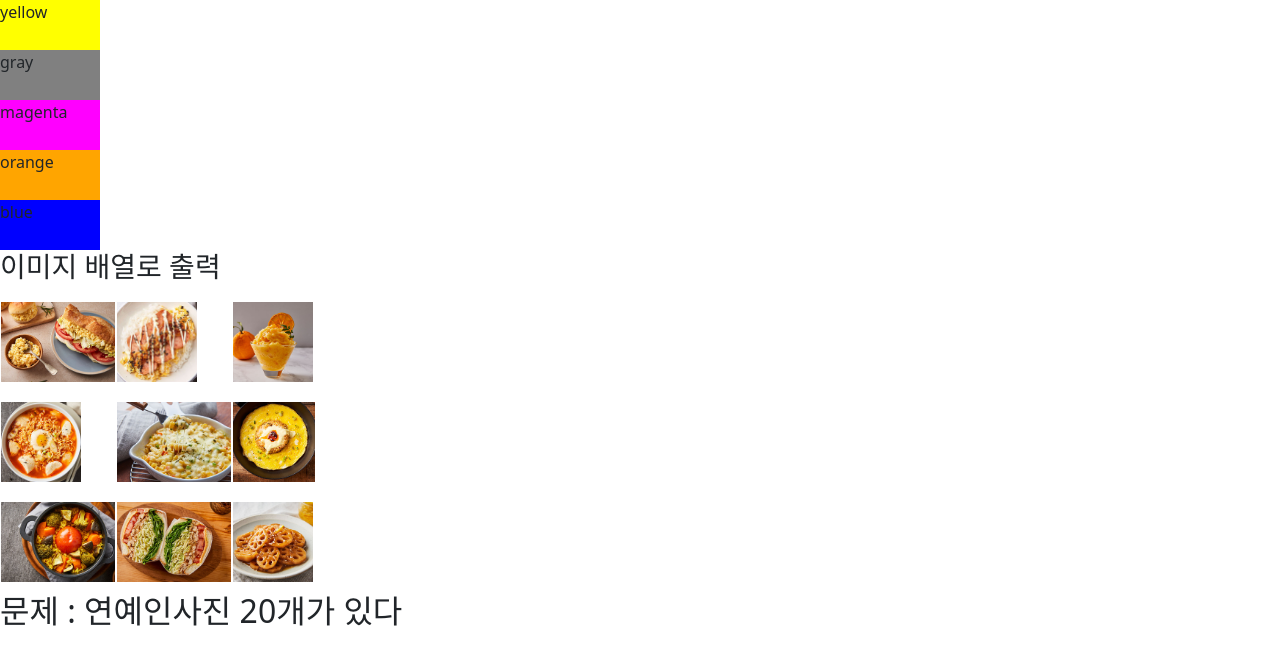
Repository: GANADAG/jspProject
Page: http://localhost/JspProject/day0228/list_05.jsp
The author's editor kept a copy of each file at every save. The page is drawn from the files as they stood at one save, then again after the next save.
The browser window is 1280 px wide. The pictures show the whole page.
Some web fonts or font styles are not loaded; a fallback is used. The page is served by Tomcat 9. Other server files are loaded and not shown.

Above is the page before, as saved 2024-02-28 02:28:59.

### JspProject/src/main/webapp/day0228/list_05.jsp
<%@page import="java.util.ArrayList"%>
<%@page import="java.util.List"%>
<%@ page language="java" contentType="text/html; charset=UTF-8"
	pageEncoding="UTF-8"%>
<!DOCTYPE html>
<html>
<head>
<meta charset="UTF-8">
<link
	href="https://cdn.jsdelivr.net/npm/bootstrap@5.3.2/dist/css/bootstrap.min.css"
	rel="stylesheet">
<link
	href="https://fonts.googleapis.com/css2?family=Diphylleia&family=Dongle&family=Noto+Sans+KR:wght@100..900&family=Orbit&family=Stylish&display=swap"
	rel="stylesheet">
<script src="https://code.jquery.com/jquery-3.7.0.js"></script>

<title>Insert title here</title>
</head>
<body>
	<%
		List<String> list=new ArrayList();
		list.add("yellow");
		list.add("gray");
		list.add("magenta");
		list.add("orange");
		list.add("blue");

		for(String a:list){%>
	<div style="width: 100px;height:50px;background-color:<%=a%>"><%=a %></div>
	<%}

	%>

	<h3>이미지 배열로 출력</h3>

	<%

	String[]imgArr={"1.jpg","10.jpg","11.jpg","12.jpg","5.jpg","6.jpg","7.jpg","8.jpg","9.jpg"};
	int n=0;
	%>



	<table>
		<%
			for(int i=0;i<3;i++)
			{%>
				<tr height="100">
			<%
				for(int j=0;j<3;j++)
					{%>

					<td>
						<img alt="" src="../image/Food/<%=imgArr[n]%>" wigth="80" height="80">
					</td>

					<%
					n++;
					}
					%>
				</tr>
			<%}
		%>
	</table>

	<h2>문제 : 연예인사진 20개가 있다
</body>
</html>

After the next save:
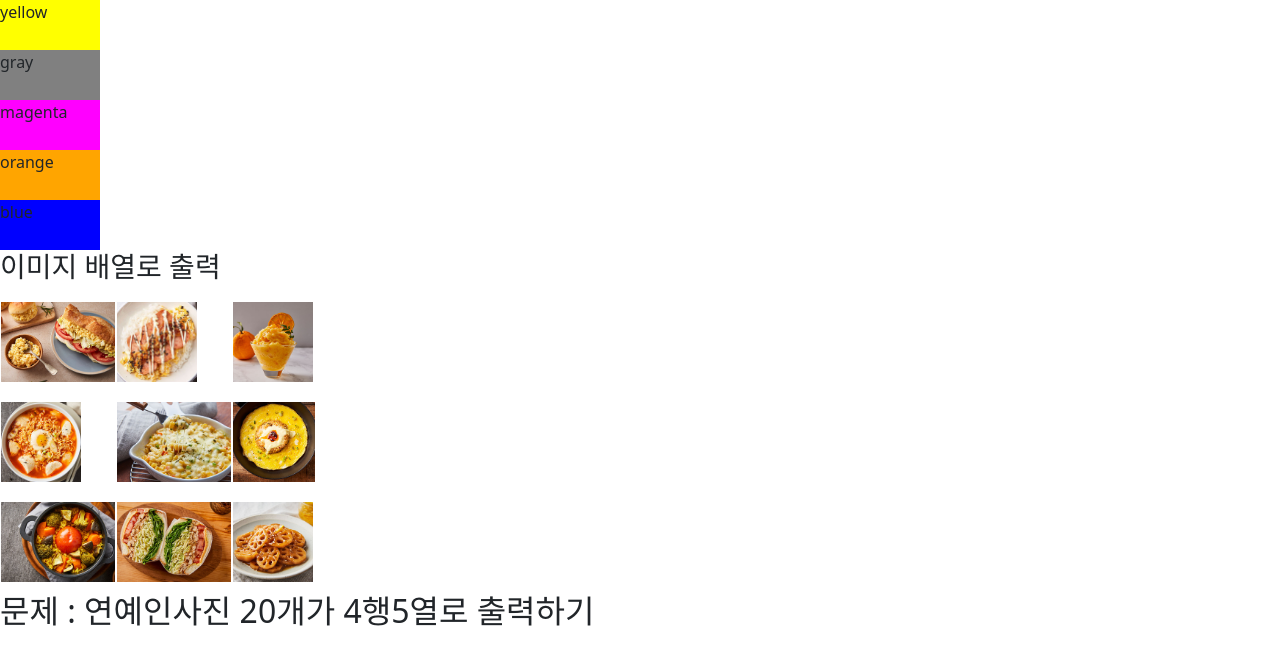
Saved 17 s later.
--- a/JspProject/src/main/webapp/day0228/list_05.jsp
+++ b/JspProject/src/main/webapp/day0228/list_05.jsp
@@ -63,6 +63,6 @@
 		%>
 	</table>
 
-	<h2>문제 : 연예인사진 20개가 있다
+	<h2>문제 : 연예인사진 20개가 4행5열로 출력하기
 </body>
 </html>
